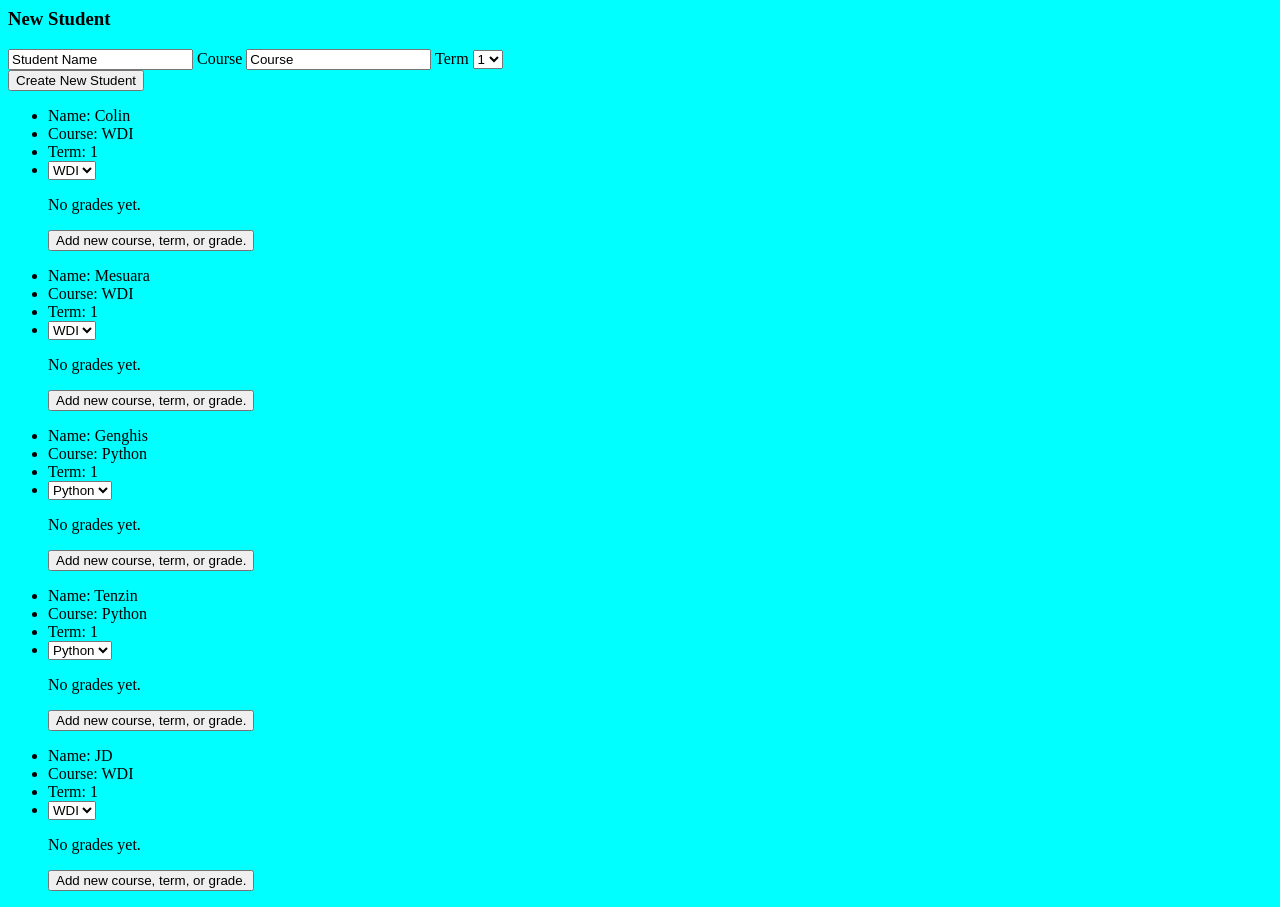
Repository: EdmontDantes/graderaide-ui
Page: index.html
These files come from the project's save history. The page is drawn as it stood at one moment and after the next save; the edit follows.
The browser window is 1280 px wide. The pictures show the whole page.

Above is the page before, as saved 2020-04-21 13:55:45.

### index.html
<html lang="en">
  <head>
    <title>Graderaide</title>
    <meta charset="UTF-8">
    <meta name="viewport" content="width=device-width, initial-scale=1">
    <link rel="stylesheet" type="text/css" href="style.css">
  </head>

  <body>
    <section class="app">
      <section class="new-student-input">
        <h1>New Student</h1>
        <!-- <label for="new-student-name">Student Name</label> -->
        <input type="text" class="new-student-name" name="new-student-name" value="Student Name">
        <label for="new-student-course">Course</label>
        <input type="text" class="new-student-course" name="new-student-course" value="Course">
        <label for="new-student-term">Term</label>
        <select class="new-student-term" name="new-student-term">
          <option value="1">1</option>
          <option value="2">2</option>
          <option value="3">3</option>
        </select>
      </section>
      <section class="new-student-submit">
        <button type="submit" class="new-student-button">Create New Student</button>
      </section>

      <section class="student-display">
        <ul class="student-info">
          <li>Name: Colin</li>
          <li>Course: WDI</li>
          <li>Term: 1</li>
          <li>
            <select class="course-selection">
              <option value="wdi">WDI</option>
            </select>
            <p>No grades yet.</p>
          </li><button>Add new course, term, or grade.</button>
        </ul>
        <ul class="student-info">
          <li>Name: Mesuara</li>
          <li>Course: WDI</li>
          <li>Term: 1</li>
          <li>
            <select class="course-selection">
              <option value="wdi">WDI</option>
            </select>
            <p>No grades yet.</p>
          </li><button>Add new course, term, or grade.</button>
        </ul>
        <ul class="student-info">
          <li>Name: Genghis</li>
          <li>Course: Python</li>
          <li>Term: 1</li>
          <li>
            <select class="course-selection">
              <option value="python">Python</option>
            </select>
            <p>No grades yet.</p>
          </li><button>Add new course, term, or grade.</button>
        </ul>
        <ul class="student-info">
          <li>Name: Tenzin</li>
          <li>Course: Python</li>
          <li>Term: 1</li>
          <li>
            <select class="course-selection">
              <option value="python">Python</option>
            </select>
            <p>No grades yet.</p>
          </li><button>Add new course, term, or grade.</button>
        </ul>
        <ul class="student-info">
          <li>Name: JD</li>
          <li>Course: WDI</li>
          <li>Term: 1</li>
          <li>
            <select class="course-selection">
              <option value="wdi">WDI</option>
            </select>
            <p>No grades yet.</p>
          </li><button>Add new course, term, or grade.</button>
        </ul>
      </section>
    </section>
  </body>
</html>

### style.css
@media (min-width: 601px) and (max-width: 1100px);
body {
    background-color: aqua;
    /* flex-flow: wrap; */
}

After the next save:
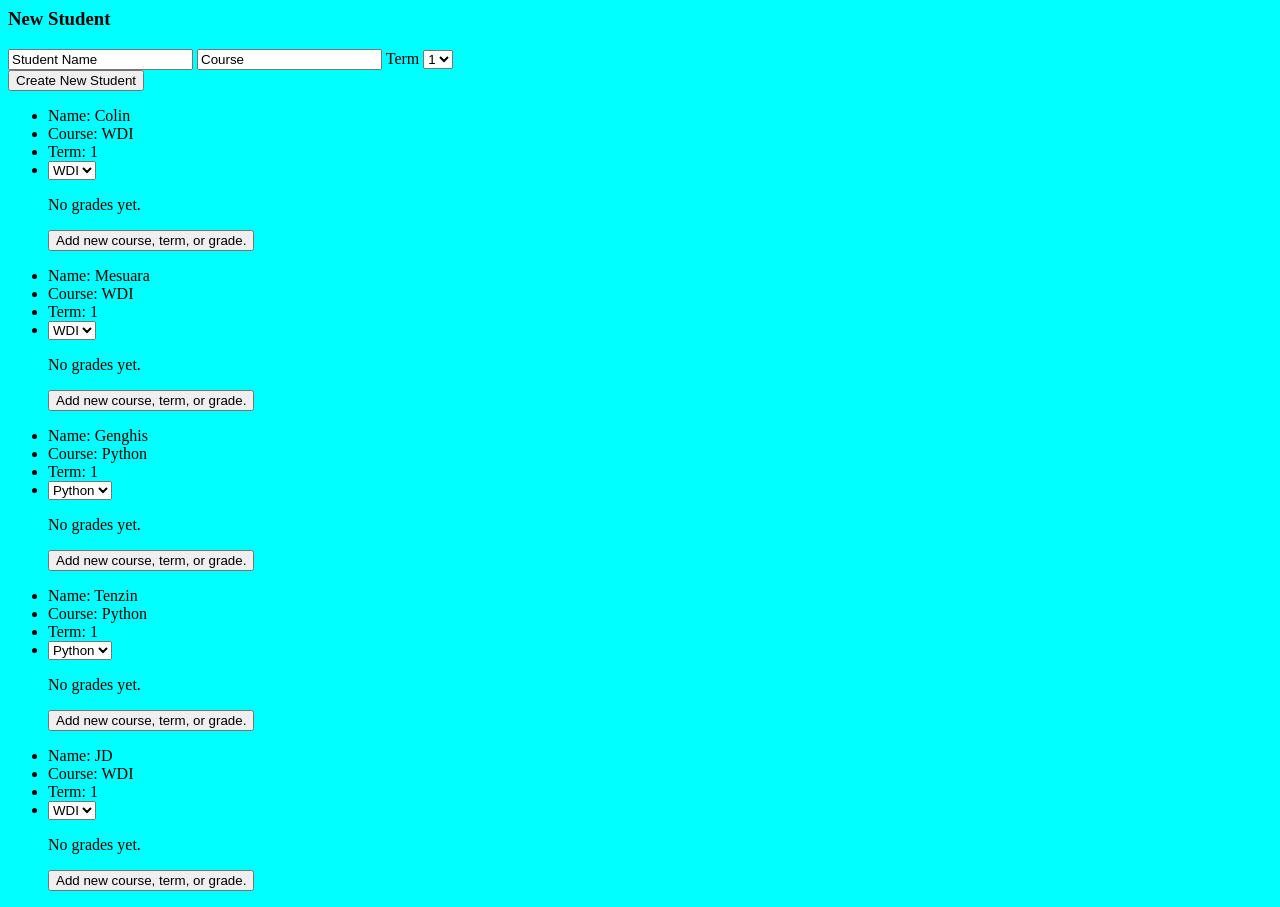
Saved 5 s later.
--- a/index.html
+++ b/index.html
@@ -12,7 +12,7 @@
         <h1>New Student</h1>
         <!-- <label for="new-student-name">Student Name</label> -->
         <input type="text" class="new-student-name" name="new-student-name" value="Student Name">
-        <label for="new-student-course">Course</label>
+        <!-- <label for="new-student-course">Course</label> -->
         <input type="text" class="new-student-course" name="new-student-course" value="Course">
         <label for="new-student-term">Term</label>
         <select class="new-student-term" name="new-student-term">
